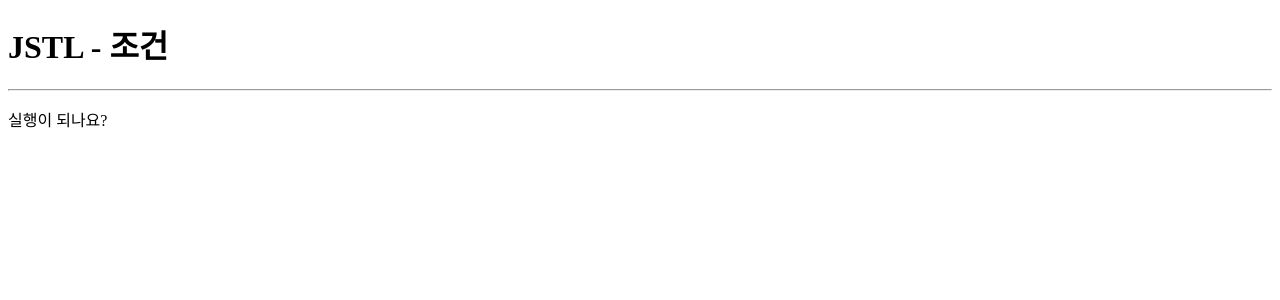
Repository: ChimmyWorld/JSP
Page: http://localhost/Day53/ex08.jsp
The author's editor kept a copy of each file at every save. The page is drawn from the files as they stood at one save, then again after the next save.
The browser window is 1280 px wide. The pictures show the whole page.
The page is served by Tomcat 9. Other server files are loaded and not shown.

Above is the page before, as saved 2023-09-22 05:43:41.

### Day53/WebContent/ex08.jsp
<%@ page language="java" contentType="text/html; charset=UTF-8"
    pageEncoding="UTF-8"%>
<%@ taglib prefix="c" uri="http://java.sun.com/jsp/jstl/core" %>
<!DOCTYPE html>
<html>
<head>
<meta charset="UTF-8">
<title>ex08.jsp</title>
</head>
<body>
	<h1>JSTL - 조건</h1>
	<hr>

	<%-- if : test에 true가 들어가면 실행된다.  true 외엔 전부 거짓 --%>
	<c:if test="${10 > 5 }">
		<p>실행이 되나요?</p>
	</c:if>


</body>
</html>

After the next save:
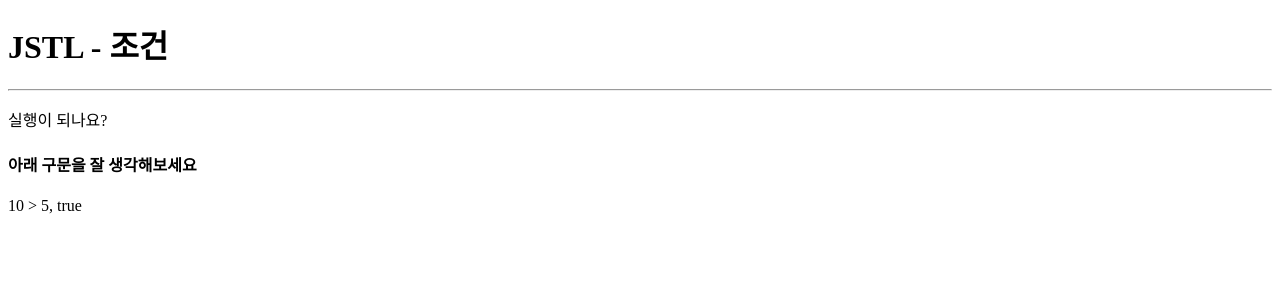
Saved 26 s later.
--- a/Day53/WebContent/ex08.jsp
+++ b/Day53/WebContent/ex08.jsp
@@ -16,6 +16,8 @@
 		<p>실행이 되나요?</p>
 	</c:if>
 
+	<h4>아래 구문을 잘 생각해보세요</h4>
+	<p>10 > 5, ${10 > 5 }</p>
 
 </body>
 </html>
